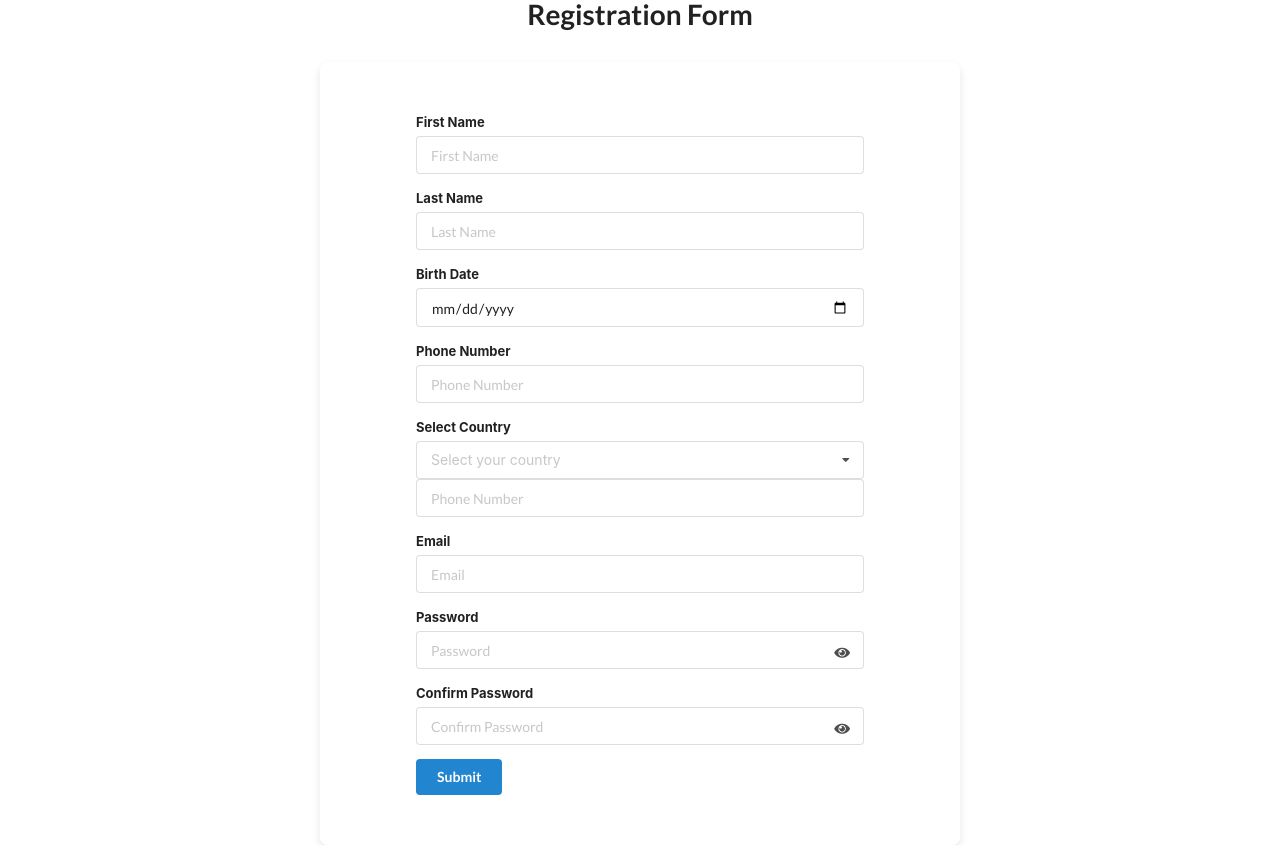
Repository: Wahid137/registration-form
Page: /
An editor plug-in stored every save of this project. The page is shown before and after the next save, followed by the edit.
The browser window is 1280 px wide. The pictures show the whole page.
The project was rebuilt for these pictures with package versions that can differ from the ones it lists, and the page was loaded fresh each time. Also part of the build but not shown: src/App.css.

Above is the page before, as saved 2024-05-01 13:25:43.

### src/index.js
import React from 'react';
import ReactDOM from 'react-dom/client';
import 'semantic-ui-css/semantic.min.css';
import App from './App';
import './index.css';
import reportWebVitals from './reportWebVitals';

const root = ReactDOM.createRoot(document.getElementById('root'));
root.render(
  <React.StrictMode>
    <App />
  </React.StrictMode>
);

// If you want to start measuring performance in your app, pass a function
// to log results (for example: reportWebVitals(console.log))
// or send to an analytics endpoint. Learn more: https://bit.ly/CRA-vitals
reportWebVitals();

### src/App.js
import { Header } from 'semantic-ui-react';
import './App.css';
import Register from './components/Register';

function App() {
  return (
    <div className="App">
      <Header as='h1' textAlign='center'>
        Registration Form
      </Header>
      <Register />
    </div>
  );
}

export default App;

### src/components/Register.js
import Joi from "joi";
import moment from "moment";
import React, { useState } from "react";
import { useForm } from "react-hook-form";
import { Button, Container, Form, FormField, Icon, Select } from "semantic-ui-react";
import { countryOptions } from "../utils/country";

const Register = () => {

    const [showPassword, setShowPassword] = useState(false); // State to toggle password visibility
    const [showConfirmPassword, setShowConfirmPassword] = useState(false); // State to toggle confirm password visibility
    const togglePasswordVisibility = () => setShowPassword(!showPassword);
    const toggleConfirmPasswordVisibility = () => setShowConfirmPassword(!showConfirmPassword);

    // Initialize React Hook Form
    const { register, handleSubmit, formState: { errors }, reset } = useForm();

    // State to hold errors
    const [formErrors, setFormErrors] = useState({});

    // Calculate the minimum birth date (18 years ago from today)
    const minBirthDate = moment().subtract(18, "years").format("YYYY-MM-DD");
    const nameRegex = /^[A-Za-z\s]+$/;
    const phoneRegex = /^[0-9]{10}$/;
    const passwordRegex = /^(?=.*[a-z])(?=.*[A-Z])(?=.*\d)[a-zA-Z\d]{3,30}$/;

    // Joi schema for validation
    const schema = Joi.object({
        firstName: Joi.string().min(2).max(20).pattern(nameRegex).required().messages({
            "string.base": "First name must be a string",
            "string.empty": "Please enter your first name",
            "string.min": "First name must have at least {#limit} characters",
            "string.max": "First name cannot exceed {#limit} characters",
            "string.pattern.base": "First name must contain only alphabets and spaces",
            "any.required": "First name is required",
        }),
        lastName: Joi.string().min(2).max(20).pattern(nameRegex).required().messages({
            "string.base": "Last name must be a string",
            "string.empty": "Please enter your last name",
            "string.min": "Last name must have at least {#limit} characters",
            "string.max": "Last name cannot exceed {#limit} characters",
            "string.pattern.base": "Last name must contain only alphabets and spaces",
            "any.required": "Last name is required",
        }),
        birthDate: Joi.date()
            .max(minBirthDate) // Set the maximum allowed birth date
            .required()
            .messages({
                "date.base": "Please enter a valid date",
                "date.max": "You must be at least 18 years old",
                "any.required": "Birth date is required",
            }),
        phoneNumber: Joi.string().pattern(phoneRegex).required().messages({
            "string.base": "Phone number must be a string",
            "string.empty": "Please enter your phone number",
            "string.pattern.base": "Phone number must be exactly 10 digits",
            "any.required": "Phone number is required",
        }),
        email: Joi.string().email({ tlds: { allow: false } }).required().messages({
            "string.base": "Email must be a string",
            "string.empty": "Please enter your email",
            "string.email": "Please enter a valid email address",
            "any.required": "Email is required",
        }),
        password: Joi.string().pattern(passwordRegex).required().messages({
            "string.base": "Password must be a string",
            "string.empty": "Please enter your password",
            "string.pattern.base": "Password must be 3 to 30 characters long and contain at least one lowercase letter, one uppercase letter, and one digit",
            "any.required": "Password is required",
            "any.only": "Password must contain at least one lowercase letter, one uppercase letter, and one digit"
        }),
        confirmPassword: Joi.string().required().valid(Joi.ref("password")).messages({
            "any.required": "Confirm password is required",
            "any.only": "Passwords do not match",
        }),
    });

    const getPasswordErrorMessage = (value) => {
        if (value.length < 3 || value.length > 30) {
            return "Password must be 3 to 30 characters long";
        }
        if (!/[a-z]/.test(value)) {
            return "Password must contain at least one lowercase letter";
        }
        if (!/[A-Z]/.test(value)) {
            return "Password must contain at least one uppercase letter";
        }
        if (!/[0-9]/.test(value)) {
            return "Password must contain at least one digit";
        }
        return "";
    };

    const onSubmit = (data) => {
        // Validate using Joi schema
        const { error } = schema.validate(data, { abortEarly: false });
        if (error) {
            const errorMessage = {};
            error.details.forEach((detail) => {
                errorMessage[detail.path[0]] = detail.message;
            });
            // Additional password validation based on input
            if (data.password) {
                errorMessage.password = getPasswordErrorMessage(data.password);
            }
            setFormErrors(errorMessage); // Set errors in component state
            return; // Exit early if there are errors
        }
        console.log(data);
        reset(); // Reset the form after successful submission
        setFormErrors({}); // Clear all errors after successful submission
    };

    return (
        <Container
            style={{
                marginTop: "30px",
                display: "flex",
                width: "50%",
                justifyContent: "center",
                paddingTop: "50px",
                paddingBottom: "50px",
                boxShadow: "0 4px 8px rgba(0,0,0,0.1)", // Add shadow effect
                borderRadius: "8px", // Add border radius for rounded corners
            }}
        >
            <Form style={{ width: "70%" }} onSubmit={handleSubmit(onSubmit)}>
                <div style={{ marginBottom: "1rem" }}>
                    <FormField error={formErrors.firstName !== undefined}>
                        <label>First Name</label>
                        <input
                            placeholder="First Name"
                            {...register("firstName")}
                            className={formErrors.firstName ? "error" : ""}
                        />
                        {formErrors.firstName && (
                            <div className="ui pointing red basic label">
                                {formErrors.firstName}
                            </div>
                        )}
                    </FormField>
                </div>
                <div style={{ marginBottom: "1rem" }}>
                    <FormField error={formErrors.lastName !== undefined}>
                        <label>Last Name</label>
                        <input
                            placeholder="Last Name"
                            {...register("lastName")}
                            className={formErrors.lastName ? "error" : ""}
                        />
                        {formErrors.lastName && (
                            <div className="ui pointing red basic label">
                                {formErrors.lastName}
                            </div>
                        )}
                    </FormField>
                </div>
                <div style={{ marginBottom: "1rem" }}>
                    <FormField error={formErrors.birthDate !== undefined}>
                        <label>Birth Date</label>
                        <input
                            type="date"
                            name="birthDate"
                            {...register("birthDate")}
                            className={formErrors.birthDate ? "error" : ""}
                        />
                        {formErrors.birthDate && (
                            <div className="ui pointing red basic label">
                                {formErrors.birthDate}
                            </div>
                        )}
                    </FormField>
                </div>
                <div style={{ marginBottom: "1rem" }}>
                    <FormField error={formErrors.phoneNumber !== undefined}>
                        <label>Phone Number</label>
                        <input
                            placeholder="Phone Number"
                            {...register("phoneNumber")}
                            className={formErrors.phoneNumber ? "error" : ""}
                        />
                        {formErrors.phoneNumber && (
                            <div className="ui pointing red basic label">
                                {formErrors.phoneNumber}
                            </div>
                        )}
                    </FormField>
                </div>
                <div style={{ marginBottom: "1rem" }}>
                    <FormField error={formErrors.phoneNumber !== undefined}>
                        <label>Select Country</label>
                        <Select placeholder='Select your country' options={countryOptions} />
                        <input
                            placeholder="Phone Number"
                            {...register("phoneNumber")}
                            className={formErrors.phoneNumber ? "error" : ""}
                        />
                        {formErrors.phoneNumber && (
                            <div className="ui pointing red basic label">
                                {formErrors.phoneNumber}
                            </div>
                        )}
                    </FormField>
                </div>
                <div style={{ marginBottom: "1rem" }}>
                    <FormField error={formErrors.email !== undefined}>
                        <label>Email</label>
                        <input
                            placeholder="Email"
                            {...register("email")}
                            className={formErrors.email ? "error" : ""}
                        />
                        {formErrors.email && (
                            <div className="ui pointing red basic label">
                                {formErrors.email}
                            </div>
                        )}
                    </FormField>
                </div>
                <div style={{ marginBottom: "1rem" }}>
                    <FormField error={formErrors.password !== undefined}>
                        <label>Password</label>
                        <div className="ui input">
                            <input
                                type={showPassword ? "text" : "password"}
                                placeholder="Password"
                                {...register("password")}
                                className={formErrors.password ? "error" : ""}
                            />
                            <Icon
                                name={showPassword ? "eye slash" : "eye"}
                                link
                                onClick={togglePasswordVisibility}
                                style={{ cursor: "pointer", position: "absolute", right: "10px", top: "50%", transform: "translateY(-50%)" }}
                            />
                        </div>
                        {formErrors.password && (
                            <div className="ui pointing red basic label">
                                {formErrors.password}
                            </div>
                        )}
                    </FormField>
                </div>
                <div style={{ marginBottom: "1rem" }}>
                    <FormField error={formErrors.confirmPassword !== undefined}>
                        <label>Confirm Password</label>
                        <div className="ui input">
                            <input
                                type={showConfirmPassword ? "text" : "password"}
                                placeholder="Confirm Password"
                                {...register("confirmPassword")}
                                className={formErrors.confirmPassword ? "error" : ""}
                            />
                            <Icon
                                name={showConfirmPassword ? "eye slash" : "eye"}
                                link
                                onClick={toggleConfirmPasswordVisibility}
                                style={{ cursor: "pointer", position: "absolute", right: "10px", top: "50%", transform: "translateY(-50%)" }}
                            />
                        </div>
                        {formErrors.confirmPassword && (
                            <div className="ui pointing red basic label">
                                {formErrors.confirmPassword}
                            </div>
                        )}
                    </FormField>
                </div>
                <Button type="submit" color="blue">
                    Submit
                </Button>
            </Form>
        </Container>
    );
};

export default Register;

### src/utils/country.js
export const countryOptions = [
    { key: 'af', value: 'af', text: 'Afghanistan' },
    { key: 'ax', value: 'ax', text: 'Aland Islands' },
    { key: 'al', value: 'al', text: 'Albania' },
    { key: 'dz', value: 'dz', text: 'Algeria' },
    { key: 'as', value: 'as', text: 'American Samoa' },
    { key: 'ad', value: 'ad', text: 'Andorra' },
    { key: 'ao', value: 'ao', text: 'Angola' },
    { key: 'ai', value: 'ai', text: 'Anguilla' },
    { key: 'ag', value: 'ag', text: 'Antigua' },
    { key: 'ar', value: 'ar', text: 'Argentina' },
    { key: 'am', value: 'am', text: 'Armenia' },
    { key: 'aw', value: 'aw', text: 'Aruba' },
    { key: 'au', value: 'au', text: 'Australia' },
    { key: 'at', value: 'at', text: 'Austria' },
    { key: 'az', value: 'az', text: 'Azerbaijan' },
    { key: 'bs', value: 'bs', text: 'Bahamas' },
    { key: 'bh', value: 'bh', text: 'Bahrain' },
    { key: 'bd', value: 'bd', text: 'Bangladesh' },
    { key: 'bb', value: 'bb', text: 'Barbados' },
    { key: 'by', value: 'by', text: 'Belarus' },
    { key: 'be', value: 'be', text: 'Belgium' },
    { key: 'bz', value: 'bz', text: 'Belize' },
    { key: 'bj', value: 'bj', text: 'Benin' },
]

Loaded but not shown: public/index.html (common file); src/index.css (common file); src/reportWebVitals.js (common file)

After the next save:
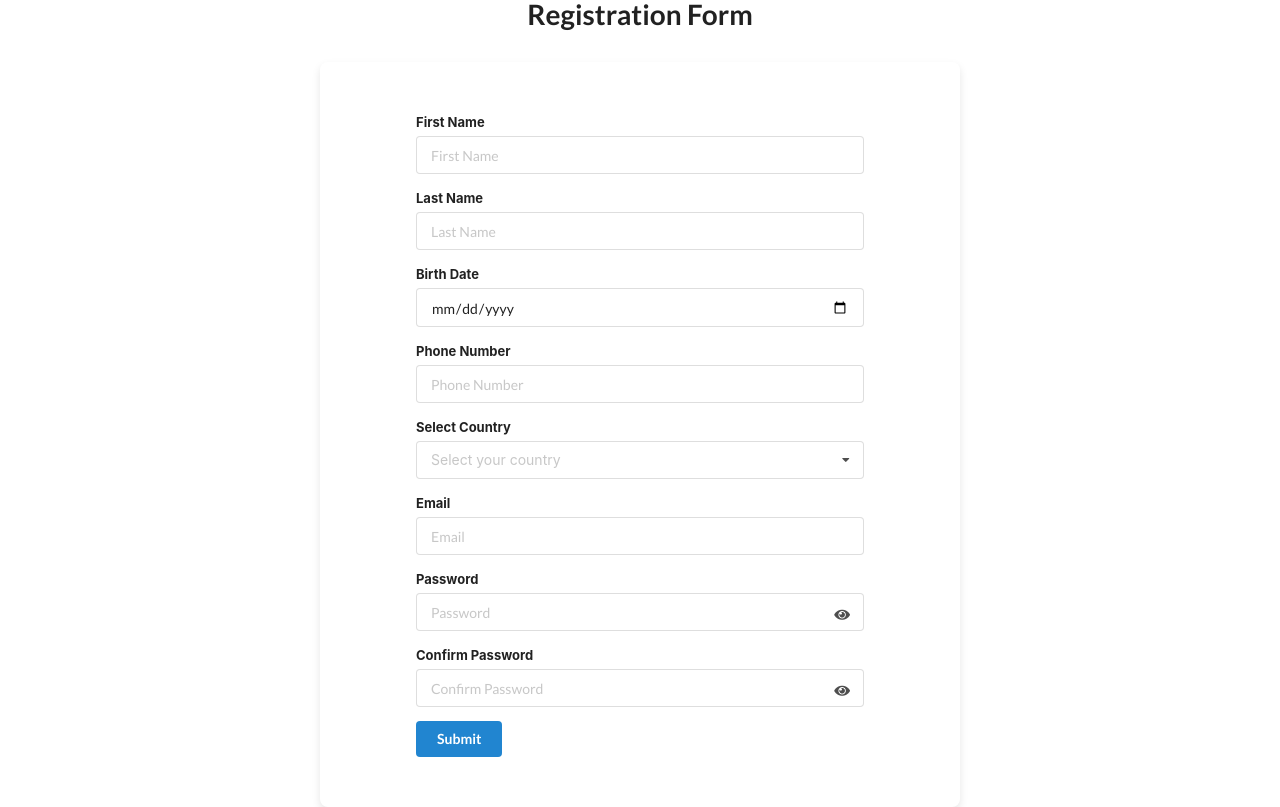
Saved 30 s later.
--- a/src/components/Register.js
+++ b/src/components/Register.js
@@ -190,11 +190,7 @@ const Register = () => {
                     <FormField error={formErrors.phoneNumber !== undefined}>
                         <label>Select Country</label>
                         <Select placeholder='Select your country' options={countryOptions} />
-                        <input
-                            placeholder="Phone Number"
-                            {...register("phoneNumber")}
-                            className={formErrors.phoneNumber ? "error" : ""}
-                        />
+
                         {formErrors.phoneNumber && (
                             <div className="ui pointing red basic label">
                                 {formErrors.phoneNumber}
